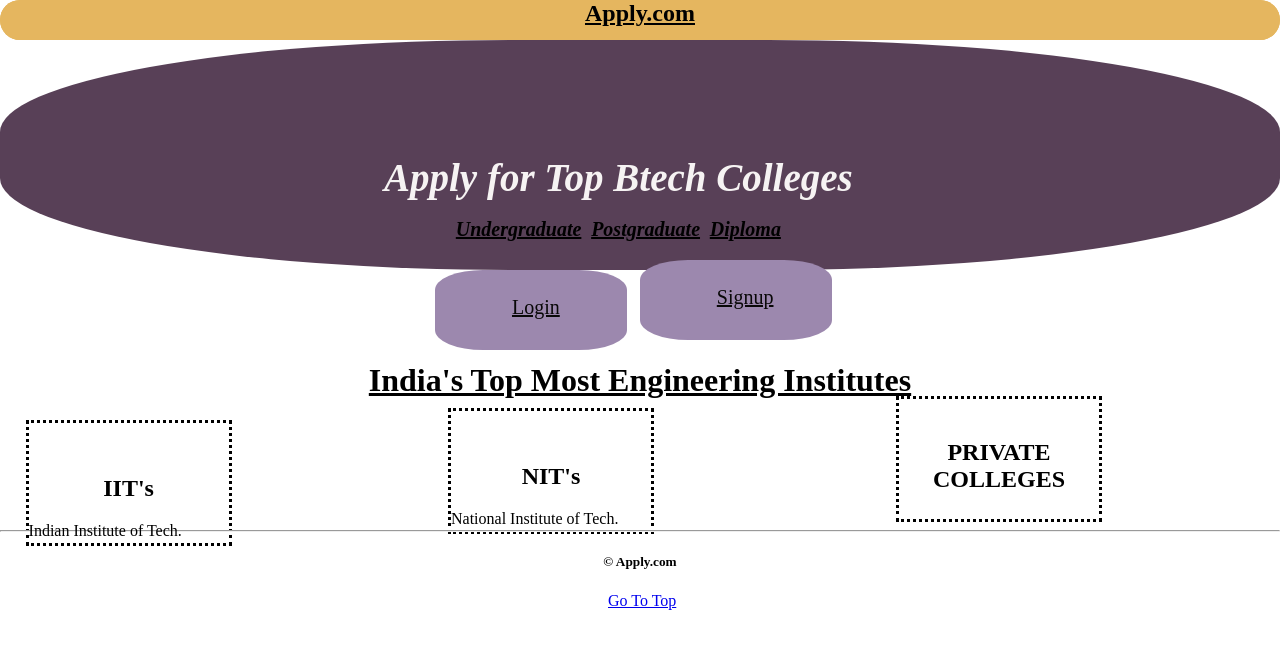
Repository: dashmeenkalra/dashmeen_kalra
Page: css/btech.html
The author's editor kept a copy of each file at every save. The page is drawn from the files as they stood at one save, then again after a run of saves.
The browser window is 1280 px wide. The pictures show the whole page.

Above is the page before, as saved 2023-03-07 10:02:52.

After the next 6 saves:
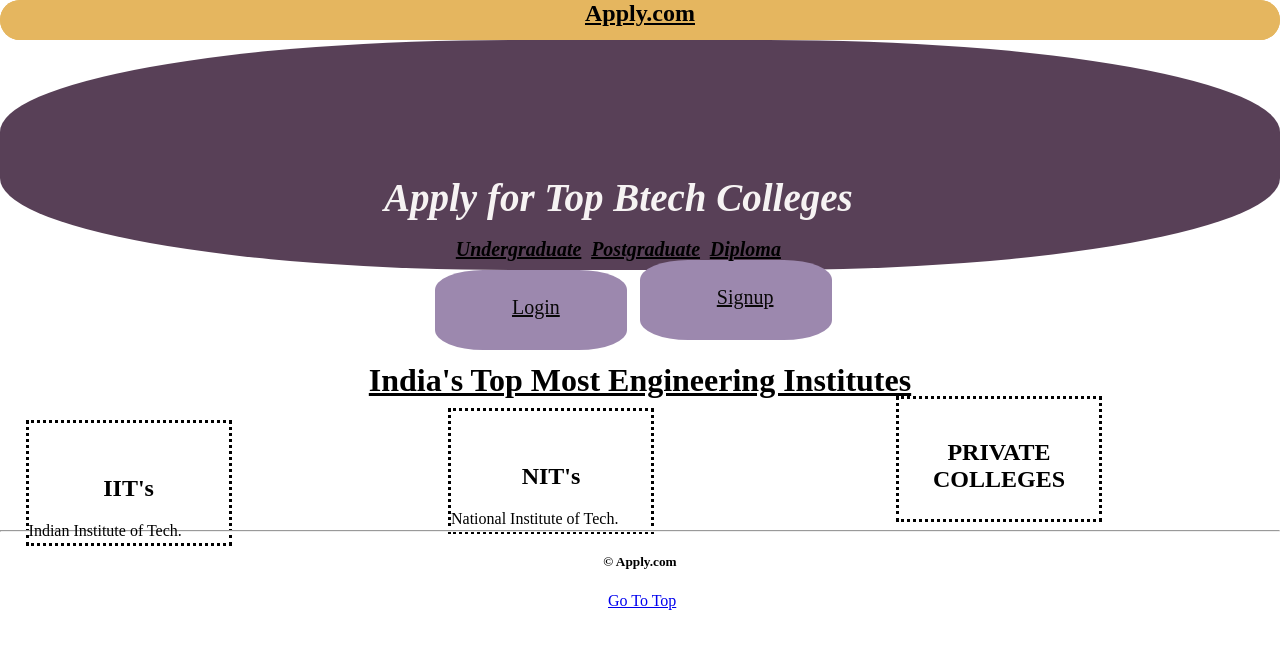
The 6 saves are shown as one change because they came seconds apart.
The last was saved 17 s later.
--- a/css/btech.css
+++ b/css/btech.css
@@ -17,7 +17,9 @@ header > h2{
     border-radius:40%;
 }
 #ball{
-
+    height: 20px;
+    width: 20px;
+    borde
 }
 .wri{
     text-align: center;
